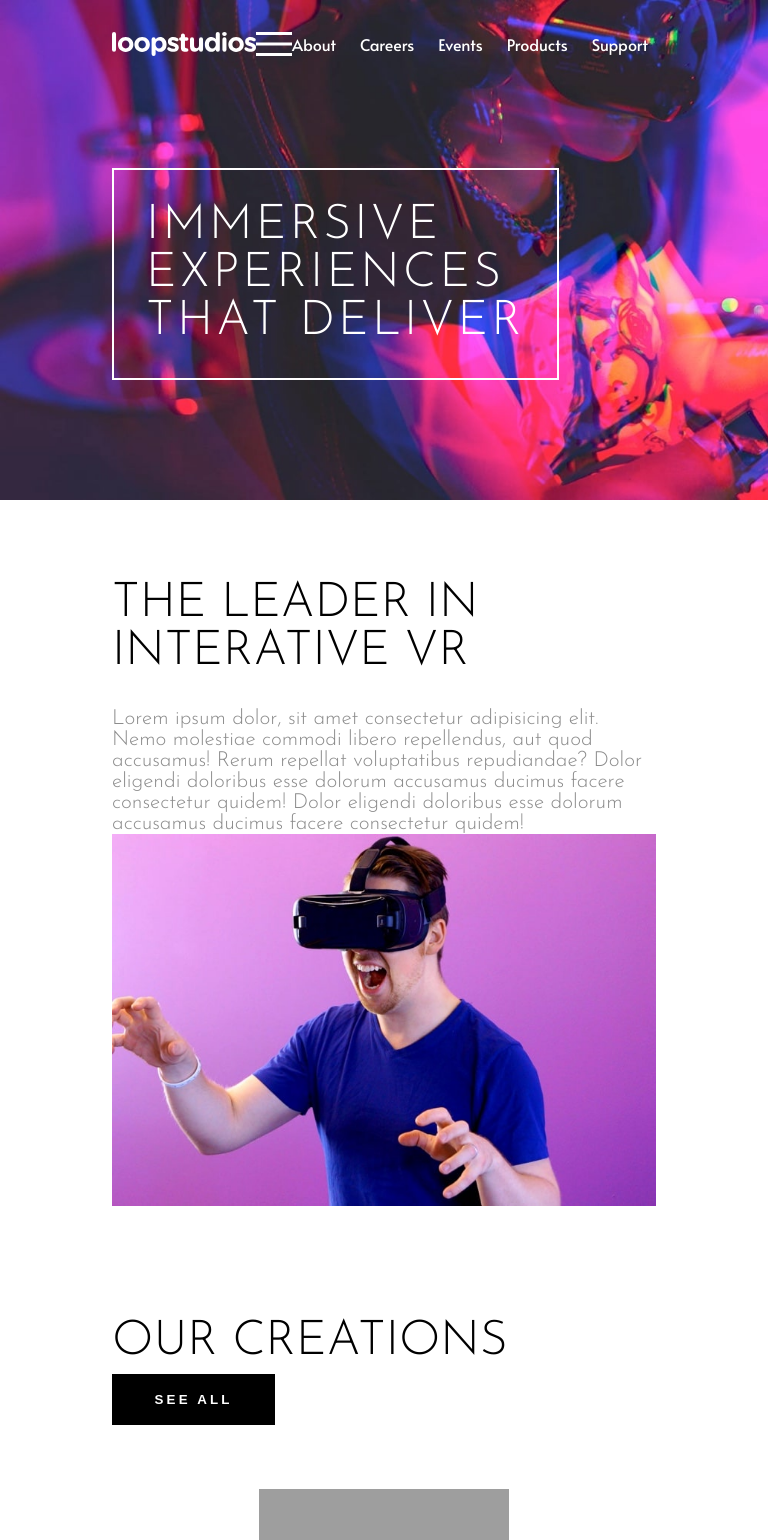
Repository: gligor99/loopstudios-fm
Page: /
These files come from the project's save history. The page is drawn as it stood at one moment and after the next save; the edit follows.
The browser window is 768 px wide. The pictures show the part of the page from y = 0 to 1540 px (the page is 6252 px tall).
Pictures or frames that could not be fetched are drawn as grey boxes. Backgrounds fixed to the window are drawn as part of the page. The project was rebuilt for these pictures with package versions that can differ from the ones it lists, and the page was loaded fresh each time.

Above is the page before, as saved 2021-11-29 00:32:49.

### src/index.css
@import url("https://fonts.googleapis.com/css2?family=Alata&family=Josefin+Sans:wght@300&display=swap");

:root {
  --clr-white: hsl(0, 0%, 100%);
  --clr-black: hsl(0, 0%, 0%);
  --clr-dark-gray: hsl(0, 0%, 55%);
  --clr-very-dark-gray: hsl(0, 0%, 41%);
}

*,
::after,
::before {
  margin: 0;
  padding: 0;
  box-sizing: border-box;
}

body {
  font-family: "Alata", sans-serif;
  background: var(--clr-light-grayish-cyan);
  color: var(--clr-grey-1);
  font-size: 1rem;
}

### src/App.jsx
import About from "./components/About/About";
import Creations from "./components/Creations/Creations";
import Footer from "./components/Footer/Footer";
import Hero from "./components/Hero/Hero";

function App() {
  return (
    <div className="App">
      <Hero />
      <About />
      <Creations />
      <Footer />
    </div>
  );
}

export default App;

### src/components/About/About.jsx
import "./about.css";
import image from "../../assets/desktop/image-interactive.jpg";

const About = () => {
  return (
    <div className="about-container">
      <img className="image-interactive" src={image} alt="interactive.jpg" />
      <div className="about-content">
        <h1 className="about-title">The leader in <br />interative VR</h1>
        <p className="about-p">
          Lorem ipsum dolor, sit amet consectetur adipisicing elit. Nemo
          molestiae commodi libero repellendus, aut quod accusamus! Rerum
          repellat voluptatibus repudiandae? Dolor eligendi doloribus esse
          dolorum accusamus ducimus facere consectetur quidem! Dolor eligendi doloribus esse
          dolorum accusamus ducimus facere consectetur quidem!
        </p>
      </div>
    </div>
  );
};

export default About;

### src/components/Creations/Creations.jsx
import './creations.css'
import data from '../../data'
import Card from '../Card/Card';

const Creations = () => {
  return <div className="creation-container">
      <div className="creation-header">
          <h1 className="creation-title">
              Our Creations
          </h1>
          <button className="creation-btn">
              See All
          </button>
      </div>
      <div className="creation-cards">
          {data.map((item) => {
              return <Card key={item.id} item={item} />
          })}
      </div>
  </div>;
};

export default Creations;

### src/components/Footer/Footer.jsx
import "./footer.css";
import logo from "../../assets/logo.svg";
import fb from "../../assets/icon-facebook.svg";
import instagram from "../../assets/icon-instagram.svg";
import pinterest from "../../assets/icon-pinterest.svg";
import twittter from "../../assets/icon-twitter.svg";

const Footer = () => {
  return (
    <div className="footer-container">
      <div className="left-content">
        <img className="logo" src={logo} alt="footerLogo.svg" />
        <ul className="links">
          <li>
            <a href="/about">About</a>
          </li>
          <li>
            <a href="/careers">Careers</a>
          </li>
          <li>
            <a href="/events">Events</a>
          </li>
          <li>
            <a href="/products">Products</a>
          </li>
          <li>
            <a href="/support">Support</a>
          </li>
        </ul>
      </div>
      <div className="right-content">
        <div className="social">
          <img className='social-icon' src={fb} alt="fbIcon.svg" />
          <img className='social-icon' src={instagram} alt="instaIcon.svg" />
          <img className='social-icon'  src={pinterest} alt="pinterestIcon.svg" />
          <img className='social-icon' src={twittter} alt="twitterIcon.svg" />
        </div>
        <p className="copy">
          &copy;
          {`  ${new Date().getFullYear()} Loopstudios | All Rights Reserved`}
        </p>
      </div>
    </div>
  );
};

export default Footer;

### src/components/Hero/Hero.jsx
import React from "react";
import Navbar from "../Navbar/Navbar";
import "./hero.css";

const Hero = ({toggle, setToggle}) => {
  return (
      <div className="container">
        <Navbar toggle={toggle} setToggle={setToggle} />
        <div className="container-content">
          <h1 className="title">
            Immersive <br /> experiences <br />
            that deliver
          </h1>
        </div>
      </div>
  );
};

export default Hero;

### src/components/About/about.css
.about-container {
  display: flex;
  justify-content: center;
  align-items: flex-end;
  margin: auto;
  padding: 7rem;
}

.image-interactive {
  height: 80%;
  z-index: -1;
}
.about-content {
  background-color: var(--clr-white);
  z-index: 1;
  height: 80%;
  padding: 4rem;
  margin-left: -10rem;
}

.about-title {
  font-family: "Josefin Sans", sans-serif;
  font-weight: 100;
  font-size: 3rem;
  text-transform: uppercase;
}

.about-p {
  color: var(--clr-dark-gray);
  font-family: "Josefin Sans", sans-serif;
  font-size: 1.3rem;
  padding-top: 2rem;
}

@media only screen and (max-width: 1300px) {
  .about-content {
    padding: 1rem;
    margin-left: -10rem;
  }
}
@media only screen and (max-width: 1210px) {
  .about-content {
    padding: 1rem;
    margin-left: -10rem;
  }
}
@media only screen and (max-width: 1110px) {
  .about-content {
    padding: 1rem;
    margin-left: -15rem;
  }
}
@media only screen and (max-width: 850px) {
  .about-container {
    flex-direction: column;
  }
  .image-interactive {
    width: 100%;
    order: 2;
  }
  .about-content{
    margin-top: -2rem;
    width: 100%;
    padding: 0;
  }
}

### src/components/Creations/creations.css
.creation-header {
  display: flex;
  flex-direction: row;
  justify-content: space-between;
  padding-left: 7rem;
  padding-right: 7rem;
  padding-bottom: 2rem;
}

.creation-title {
  font-family: "Josefin Sans", sans-serif;
  font-size: 3rem;
  text-transform: uppercase;
  font-weight: 100;
}

.creation-btn {
  border: none;
  background-color: var(--clr-black);
  border: 2px solid black;
  color: var(--clr-white);
  text-transform: uppercase;
  padding: 0 3rem 0 3rem;
  cursor: pointer;
  font-weight: 700;
  letter-spacing: 0.2rem;
  transition: 0.2s ease-in;
}
.creation-btn:hover {
  background-color: var(--clr-white);
  color: var(--clr-black);
  border: 2px solid black;
}

.creation-cards {
  padding: 0 5rem 0 5rem;
  display: flex;
  justify-content: space-between;
  flex-wrap: wrap;
  width: 100%;
}

@media only screen and (max-width: 840px) {
  .creation-header{
    flex-direction: column;
    justify-content: center;
    align-items: flex-starst;
  }
  .creation-title {
    padding-bottom: 0.5rem;
  }
  .creation-btn {
    padding: 1rem;
    width: 30%;
  }
}

@media only screen and (max-width: 806px) {
  .creation-cards {
    flex-direction: column;
    justify-content: center;
    align-content: center;
  }
}

### src/data.js
const data = [
  {
    id: 1,
    title: "Deep Earth",
    img: "https://i.ibb.co/mtd0XJx/image-deep-earth.jpg",
  },
  {
    id: 2,
    title: "Night  Arcade",
    img: "https://i.ibb.co/5Wcqskt/image-night-arcade.jpg",
  },
  {
    id: 3,
    title: "Soccer Team VR",
    img: "https://i.ibb.co/fFDbQDR/image-soccer-team.jpg",
  },
  {
    id: 4,
    title: "The Grid",
    img: "https://i.ibb.co/r59dNbs/image-grid.jpg",
  },
  {
    id: 5,
    title: "From up Above VR",
    img: "https://i.ibb.co/PYK37pW/image-from-above.jpg",
  },
  {
    id: 6,
    title: "Pocket Borealis",
    img: "https://i.ibb.co/9hsnGFt/image-pocket-borealis.jpg",
  },
  {
    id: 7,
    title: "The curiosity",
    img: "https://i.ibb.co/fQZHkXQ/image-curiosity.jpg",
  },
  {
    id: 8,
    title: "Make it fisheye",
    img: "https://i.ibb.co/D506TGt/image-fisheye.jpg",
  },
];

export default data;

### src/components/Card/Card.jsx
import "./card.css";

const Card = ({ item }) => {
  return (
    <div
      className="card-container"
      style={{
        backgroundImage: `url(${item.img})`,
        backgroundRepeat: "no-repeat"
      }}
    >
      <h4 className="card-title">{item.title}</h4>
    </div>
  );
};

export default Card;

### src/components/Footer/footer.css
.footer-container {
  background-color: var(--clr-black);
  padding: 3rem 7rem 3rem 7rem;
  display: flex;
  justify-content: space-between;
  align-items: center;
}
.copy {
  color: var(--clr-dark-gray);
  font-family: "Josefin Sans", sans-serif;
  font-size: 1.1rem;
  font-weight: 700;
}

.links {
  padding-top: 2rem;
}

.right-content {
  display: flex;
  flex-direction: column;
  justify-content: flex-end;
}

.social {
  padding-bottom: 2rem;
  text-decoration: none;
  display: flex;
  justify-content: flex-end;
}
.social-icon {
  padding-left: 2rem;
}

@media only screen and (max-width: 850px) {
  .footer-container {
    flex-direction: column;
    justify-content: center;
  }

  .social {
    padding-top: 2rem;
    justify-content: center;
  }
  .copy{
    text-align: center;
  }
}

### src/components/Navbar/Navbar.jsx
import logo from "../../assets/logo.svg";
import hamburger from '../../assets/icon-hamburger.svg'
import "./navbar.css";
import { useState } from "react";

const Navbar = () => {
  const [toggle, setToggle] = useState(false)

  const  toggleHandler = () => {
    setToggle(!toggle)
  }

  const closeHandler = () => {
    setToggle(false)
  }

  return (
    <div className="wrapper">
      <img src={logo} alt="logo.svg" />
      <img className="burger-icon" src={hamburger} alt="burgerIcon.svg" />
      <ul className="nav-items">
        <li>
          <a href="/about">About</a>
        </li>
        <li>
          <a href="/careers">Careers</a>
        </li>
        <li>
          <a href="/events">Events</a>
        </li>
        <li>
          <a href="/products">Products</a>
        </li>
        <li>
          <a href="/support">Support</a>
        </li>
      </ul>
    </div>
  );
};

export default Navbar;

### src/components/Hero/hero.css
.container {
  background: url("../../assets/desktop/image-hero.jpg");
  background-repeat: no-repeat;
  background-attachment: fixed;
  background-size: cover;
  height: 500px;
}
.container-content {
  display: flex;
  margin-top: 5rem;
  margin-left: 7rem;
}

.title {
  border: 2px solid var(--clr-white);
  padding: 2rem;
  text-transform: uppercase;
  font-family: "Josefin Sans", sans-serif;
  font-size: 3rem;
  font-weight: 100;
  letter-spacing: 0.2rem;
  color: white;
}

@media screen and (max-width: 690px) {
  .container-content {
    margin-top: 5rem;
    margin-left: 2rem;
    margin-right: 2rem;
  }
  .wrapper {
    padding: 2rem;
  }
}

### src/components/Card/card.css
.card-container {
  position: relative;
  margin: 2rem;
  transition: 0.2s ease-in;
  cursor: pointer;
  height: 500px;
        width: 250px;
}

.card-container:hover {
  opacity: 50%;
  color: var(--clr-black);
}

.card-title {
  position: absolute;
  bottom: 3rem;
  text-transform: uppercase;
  font-family: "Josefin Sans", sans-serif;
  font-weight: 100;
  font-size: 2rem;
  color: var(--clr-white);
  padding: 2rem;
  width: 100%;
}

### src/components/Navbar/navbar.css
.wrapper {
  display: flex;
  flex-direction: row;
  justify-content: space-between;
  align-items: center;
  margin: auto;
  padding: 2rem 7rem 2rem 7rem;
  background-color: transparent;
}
img {
  height: 1.5rem;
}
ul {
  display: flex;
  flex-wrap: nowrap;
  justify-content: space-evenly;
}
li {
  list-style-type: none;
  padding-right: 1.5rem;
}
a {
  position: relative;
  display: inline-block;
  text-decoration: none;
  color: var(--clr-white);
}
a:after {
  content: "";
  position: absolute;
  left: 0;
  top: 100%;
  width: 0;
  height: 1.8px;
  background-color: var(--clr-white);
  transition: width 0.2s ease-in-out;
}
a:hover:after {
  width: 100%;
}

.burger-icon {
  display: none;
}


@media screen and (max-width: 850px) {
  .nav-items {
    display: flex;
  }
  .burger-icon {
    display: block;
  }
  .burger-icon:hover{
  cursor: pointer;
}
}

Loaded but not shown: public/index.html (common file); src/index.jsx (common file)

After the next save:
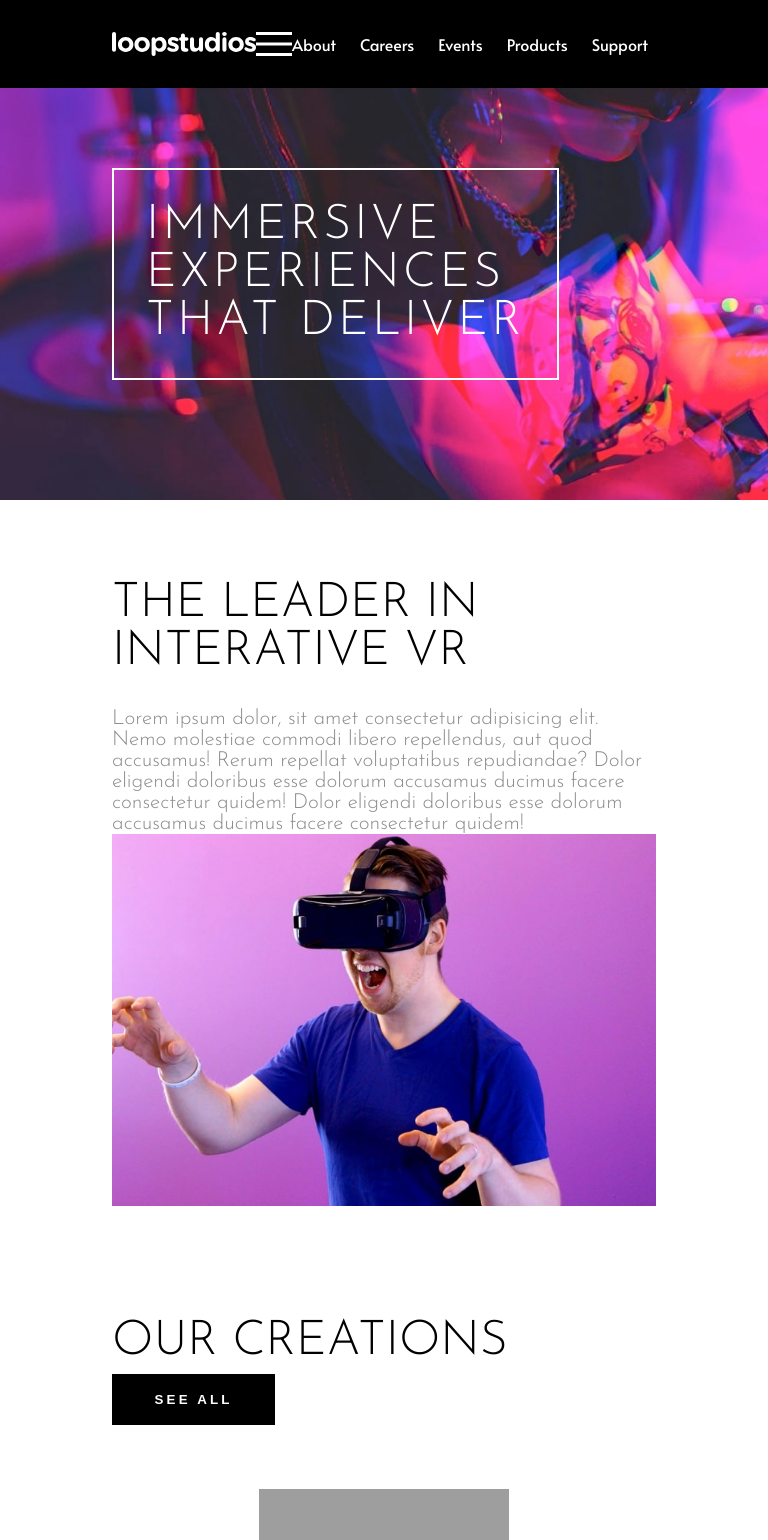
Saved 29 s later.
--- a/src/components/Navbar/navbar.css
+++ b/src/components/Navbar/navbar.css
@@ -45,6 +45,9 @@ a:hover:after {
 
 
 @media screen and (max-width: 850px) {
+  .wrapper{
+    background-color: black;
+  }
   .nav-items {
     display: flex;
   }
